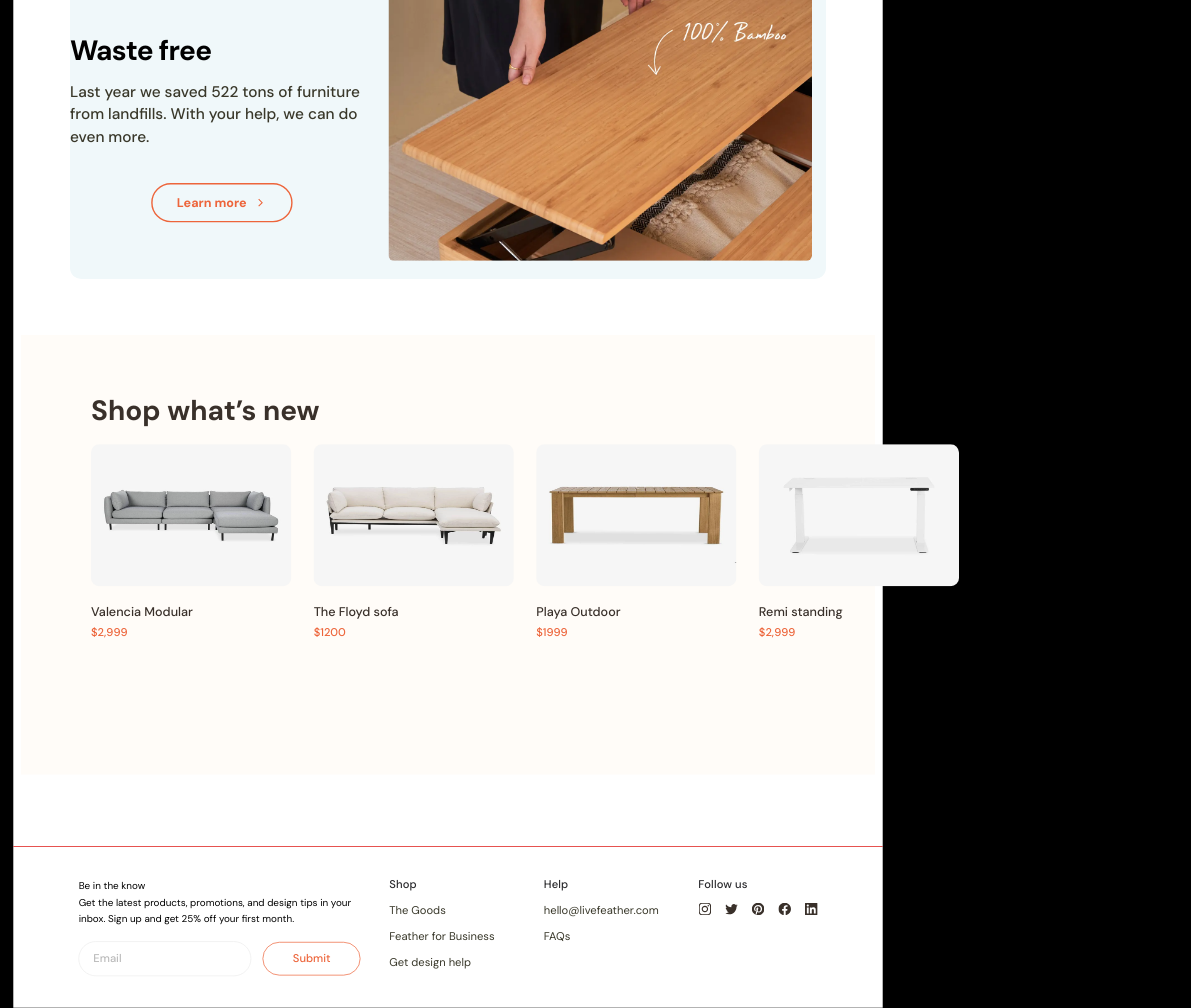
Repository: noman-source/Furniture-website
Page: index.html
These files come from the project's save history. The page is drawn as it stood at one moment and after the next save; the edit follows.
The browser window is 1280 px wide. The page is 1702 px wide, so the pictures cover 1702 px, including what lies to the right of the window. The pictures show the part of the page from y = 2871 to 4311 px (the page is 4311 px tall), at 70% of full size.

Above is the page before, as saved 2025-07-04 13:16:50.

### index.html
<!DOCTYPE html>
<html lang="en">

<head>
    <meta charset="UTF-8">
    <meta name="viewport" content="width=device-width, initial-scale=1.0">
    <title>Document</title>
    <link rel="stylesheet" href="style.css">
</head>

<body>
    <header>
        <div class="navbar">
            <div class="nav-left">
                <ul>
                    <li>Cards</li>
                    <li>About</li>
                    <li>App</li>
                </ul>
            </div>
            <div class="nav-center">
                <ul>
                    <li><img src="asserts/svg/navbar-logo.svg" alt=""></li>
                    <li>Halal_Lab</li>
                </ul>
            </div>
            <div class="nav-right"><button><img src="asserts/svg/search.svg" alt="">Check delivery area</button></div>
        </div>
    </header>
    <main>
        <div class="section1">
            <div class="section1-left">
                <div class="section1-text">
                    <h2>An innovative way to make furniture lighter</h2>
                    <h4>Discover hassle-free delivery, free assembly and the flexibility to rent, rent-to-own or buy.
                    </h4>
                    <div class="section1-butt"><button>
                            <p>Start shopping</p><img src="asserts/svg/arrow.svg" alt="">
                        </button></div>
                </div>
            </div>
            <div class="section1-right">
                <img src="asserts/image/img 1.jpg" alt="">
            </div>
        </div>
        <div class="section2">
            <ul>
                <li><img src="asserts/svg/checkmark-circle-01.svg" alt="">Fast, free delivery & assembly</li>
                <li><img src="asserts/svg/checkmark-circle-01.svg" alt="">Convenient rent or buy options</li>
                <li><img src="asserts/svg/checkmark-circle-01.svg" alt="">Low upfront costs for all rentals</li>
                <li><img src="asserts/svg/checkmark-circle-01.svg" alt="">Flexibility to buy out rental items later</li>
            </ul>
        </div>
        <div class="section3">
            <p>About our product</p>
            <div class="section3-content">
                <div class="box box1">
                    <div class="circle"><img src="asserts/svg/upload-03.svg" alt=""></div>
                    <p>We provide a high quality rental at an affordable price</p>
                </div>
                <div class="box box2">
                    <div class="circle"><img src="asserts/svg/drawing-mode.svg" alt=""></div>
                    <p>Feather has made furniture rentals
                        cool again.</p>
                </div>
                <div class="box box3">
                    <div class="circle"><img src="asserts/svg/cabinet-01.svg" alt=""></div>
                    <p>Ease the pain of moving from
                        apartment to apartment.</p>
                </div>

            </div>
        </div>
        <div class="section4">
            <p>Browse by room</p>
            <div class="section4-content">
                <div class="box box1"><img src="asserts/image/img 2.png" alt="">
                    <p>Office <img src="asserts/svg/Vector.svg" alt=""></p>
                </div>
                <div class="box box2"><img src="asserts/image/img 3.png" alt="">
                    <p>Bedroom <img src="asserts/svg/Vector.svg" alt=""></p>
                </div>
                <div class="box box3"><img src="asserts/image/img 4.png" alt="">
                    <p>Living room <img src="asserts/svg/Vector.svg" alt=""></p>
                </div>
                <div class="box box4"><img src="asserts/image/img 5.png" alt="">
                    <p>Dining room <img src="asserts/svg/Vector.svg" alt=""></p>
                </div>
            </div>
        </div>
        <div class="section5">
            <div class="section5-top">
                <div class="left">
                    <div class="text">
                        <h3>Hassle free</h3>
                        <p>High quality but affordable rental designs.</p>
                    </div>
                    <div class="button"><button>Learn more <img src="asserts/svg/arrow-down-01.svg" alt=""></button>
                    </div>
                </div>
                <div class="right"><img src="asserts/image/img 6.png" alt=""></div>
            </div>
            <div class="section5-middle">
                <div class="right"><img src="asserts/image/img 7.png" alt=""></div>
                <div class="left">
                    <div class="text">
                        <h3>Risk free</h3>
                        <p>Furniture three ways. Rent, rent-to-own, or buy. Your furniture is as flexible as you need it
                            to be.</p>
                    </div>
                    <div class="button"><button>Learn more <img src="asserts/svg/arrow-down-01.svg" alt=""></button>
                    </div>
                </div>
            </div>
            <div class="section5-end">
                <div class="left">
                    <div class="text">
                        <h3>Waste free</h3>
                        <p>Last year we saved 522 tons of furniture from landfills. With your help, we can do even more.
                        </p>
                    </div>
                    <div class="button"><button>Learn more <img src="asserts/svg/arrow-down-01.svg" alt=""></button>
                    </div>
                </div>
                <div class="right"><img src="asserts/image/img 8.png" alt=""></div>
            </div>
        </div>
        <div class="section6">
            <div class="section6-content">
                <h3>Shop what’s new</h3>
                <div class="boxes">
                    <div class="box">
                        <div class="box-top"><img src="asserts/image/img 9.png" alt=""></div>
                        <div class="box-bottom">
                            <h4>Valencia Modular </h4>
                            <p>$2,999</p>
                        </div>
                    </div>
                    <div class="box">
                        <div class="box-top"><img src="asserts/image/img 10.png" alt=""></div>
                        <div class="box-bottom">
                            <h4>The Floyd sofa</h4>
                            <p>$1200</p>
                        </div>
                    </div>
                    <div class="box">
                        <div class="box-top"><img src="asserts/image/img 11.png" alt=""></div>
                        <div class="box-bottom">
                            <h4>Playa Outdoor</h4>
                            <p>$1999</p>
                        </div>
                    </div>
                    <div class="box">
                        <div class="box-top"><img src="asserts/image/img 12.png" alt=""></div>
                        <div class="box-bottom">
                            <h4>Remi standing</h4>
                            <p>$2,999</p>
                        </div>
                    </div>
                </div>
            </div>
        </div>
    </main>

    <footer>
        <div class="boxes">
            <div class="box box1">
                <div class="box1-top">
                    <p>Be in the know<br>
                        Get the latest products, promotions, and design tips in your inbox. Sign up and get 25% off your
                        first month.</p>
                </div>
                <div class="box1-bottom"><input type="email"placeholder="Email"><button>Submit</button></div>
            </div>
            <div class="box box2"><ul>
                <li>Shop</li>
                <li>The Goods</li>
                <li>Feather for Business</li>
                <li>Get design help</li>
            </ul></div>
            <div class="box box3"><ul>
                <li>Help</li>
                <li>hello@livefeather.com</li>
                <li>FAQs</li>
            </ul></div>
            <div class="box box4"><ul>
                <li>Follow us</li>
                <li><img src="asserts/svg/Instagram.svg" alt=""><img src="asserts/svg/Twitter.svg" alt=""><img src="asserts/svg/pinterest.svg" alt=""><img src="asserts/svg/Facebook.svg" alt=""><img src="asserts/svg/linkdin.svg" alt=""></li>
            </ul></div>
        </div>
    </footer>

</body>

</html>

### style.css
@import url('https://fonts.googleapis.com/css2?family=DM+Sans:ital,opsz,wght@0,9..40,100..1000;1,9..40,100..1000&display=swap');
@import url('https://fonts.googleapis.com/css2?family=DM+Sans:ital,opsz,wght@0,9..40,100..1000;1,9..40,100..1000&display=swap');
@import url('https://fonts.googleapis.com/css2?family=DM+Sans:ital,opsz,wght@0,9..40,100..1000;1,9..40,100..1000&display=swap');

body {
    font-family: "DM Sans", sans-serif;
    background-color: black;
}

.website {
    background-color: white;
}

* {
    margin: 0;
    padding: 0;
}

header .navbar {
    width: 97%;
    margin: auto;
    height: 72px;
    display: flex;
    justify-content: space-around;
    align-items: center;
    background-color: rgb(246, 244, 244);
    gap: 13%;
    border-bottom: 1px solid #E4E4E4;
}

header .navbar .nav-left {
    font-size: 16px;
    font-weight: 500;
    line-height: 24px;
    letter-spacing: -1%;
}

header .navbar .nav-left ul {
    display: flex;
    justify-content: center;
    align-items: center;
    gap: 50px;
}

header .navbar .nav-left ul li {
    list-style-type: none;
}

header .navbar .nav-center ul {
    display: flex;
    justify-content: center;
    align-items: center;
    gap: 10px;
    font-family: "Ramabhadra", sans-serif;
}

header .navbar .nav-center ul li {
    list-style-type: none;
    font-size: 18px;
    font-weight: 400;
    display: flex;
    justify-content: center;
    align-items: center;
}

header .navbar .nav-right button {
    width: 130%;
    height: 40px;
    background-color: #FD653E;
    border-radius: 32px;
    border: none;
    transform: translateX(-50px);
    display: flex;
    justify-content: center;
    align-items: center;
    gap: 15px;
    font-size: 16px;
    font-weight: 700;
    color: white;
}

main .section1 {
    width: 97%;
    margin: auto;
    height: 588px;
    background-color: #FFF3EF;
    display: flex;
    justify-content: space-around;
    align-items: center;
}

main .section1 .section1-right {
    width: 50%;
    display: flex;
    justify-content: center;
    align-items: center;
}

main .section1 .section1-left {
    width: 50%;
}

main .section1 .section1-left .section1-text {
    width: 70%;
    margin: auto;
    height: 250px;
    display: flex;
    flex-direction: column;
    gap: 20px;
}

main .section1 .section1-left .section1-text h2 {
    font-size: 48px;
    font-weight: 700;
}

main .section1 .section1-left .section1-text p {
    font-size: 18px;
    font-weight: 400;
    color: #39382A;
}

main .section1 .section1-left .section1-text button {
    width: 235px;
    height: 56px;
    display: flex;
    justify-content: center;
    align-items: center;
    gap: 10px;
    border-radius: 32px;
    border: transparent;
    background-color: #ED653B;
}

main .section1 .section1-left .section1-text button p {
    color: white;
    font-size: 20px;
    font-weight: 700;
    font-family: "DM Sans", sans-serif;
}

main .section1 .section1-right img {
    width: 645px;
    border-radius: 12px;
}

.section2 {
    height: 74px;
    width: 97%;
    margin: auto;
    background-color: #ECF4E9;
}

.section2 ul {
    height: 74px;
    display: flex;
    justify-content: space-between;
    align-items: center;
}

.section2 ul li {
    font-family: "DM Sans", sans-serif;
    list-style-type: none;
    display: flex;
    justify-content: center;
    align-items: center;
    gap: 5px;
    font-size: 18px;
    font-weight: 400;
}

.section3 {
    width: 97%;
    margin: auto;
    height: 516px;
    background-color: white;
}

.section3>p {
    font-size: 40px;
    font-weight: 700;
    height: 170px;
    display: flex;
    color: #39302A;
    justify-content: center;
    align-items: center;
}

.section3-content {
    display: flex;
    justify-content: center;
    align-items: center;
    gap: 32px;
}

.section3-content .box {
    width: 392px;
    border-radius: 12px;
    height: 244px;
    display: flex;
    align-items: center;
    justify-content: center;
    flex-direction: column;
    gap: 50px;
    box-shadow: 12px 16px 50px 0px #9A9A9A1F;
}

.section3-content .box .circle {
    width: 50px;
    height: 50px;
    transform: translateY(30px);
    gap: 10px;
    border-radius: 99px;
    /* Corrected to 99px based on later image */
    padding: 16px;
    /* Corrected to 16px based on later image */
    background-color: #E3E3E373;
    /* Corrected to #E3E3E3 based on later image */
}

.section3-content .box p {
    width: 373px;
    margin: auto;
    display: flex;
    font-family: DM Sans;
    font-weight: 500;
    font-size: 22px;
    line-height: 32px;
    text-align: center;
    /* letter-spacing: 0%; */
    /* vertical-align: middle; */
}

.section4 {
    width: 97%;
    margin: auto;
    height: 551px;
    background-color: white;
}

.section4>p {
    font-weight: 700;
    font-size: 40px;
    line-height: 56px;
    letter-spacing: -0.96px;
    padding-top: 50px;
    padding-left: 100px;
    /* Added based on later image */
}

.section4 .section4-content {
    height: 287px;
    display: flex;
    justify-content: flex-start;
    padding-left: 100px;
    padding-top: 50px;
    gap: 32px;
}

.section4 .section4-content .box {
    height: 287px;
    display: flex;
    flex-direction: column;
    gap: 20px;
}

.section4 .section4-content .box img {
    height: 239px;
    width: 285px;
    border-radius: 12px;
}

.section4 .section4-content .box p {
    font-family: DM Sans;
    font-weight: 500;
    font-size: 22px;
    line-height: 32px;
    display: flex;
    gap: 16px;
    /* Corrected to 16px based on later image */
    justify-content: flex-start;
    align-items: center;
    /* Added based on later image */
    color: #39382A;
    /* Added based on later image */
}

.section5 {
    height: 1548px;
    background-color: white;
    width: 97%;
    margin: auto;
    display: flex;
    justify-content: center;
    align-items: center;
    flex-direction: column;
    gap: 40px;
}

.section5>.section5-top,
.section5-middle,
.section5-end {
    height: 436px;
    width: 87%;
    border-radius: 16px;
    /* border: 2px solid #E4E4E4; */
    /* margin: auto; */
}

.section5 .section5-top {
    background-color: #F0F8Fa;
    display: flex;
    justify-content: space-around;
    align-items: center;
}

.section5 .section5-middle {
    background-color: #FEF3EE;
    display: flex;
    justify-content: space-around;
    align-items: center;
}

.section5 .section5-end {
    background-color: #F0F8FA;
    display: flex;
    justify-content: space-around;
    align-items: center;
}

.section5 .right img {
    width: 605px;
    height: 388px;
    border-radius: 8px;
}

.section5 .left {
    width: 50%;
    display: flex;
    flex-direction: column;
    justify-content: center;
    align-items: center;
    gap: 50px;
}

.section5 .left .text {
    display: flex;
    flex-direction: column;
    gap: 16px;
}

.section5 .left .button {
    display: flex;
    justify-content: flex-start;
}

.section5 .left .text button {
    width: 400px;
}

.section5 .right {
    padding: 20px;
}

.section5 h3 {
    font-weight: 700;
    font-size: 40px;
    line-height: 56px;
    letter-spacing:-0.96px;
}

.section5 p {
    font-family: DM Sans;
    font-weight: 500;
    font-size: 22px;
    line-height: 32px;
    letter-spacing: 0%;
    /* Added based on later image */
    vertical-align: middle;
    /* Added based on later image */
    color: #39382A;
    /* Added based on later image */
}

.section5 .left button {
    width: 202px;
    height: 56px;
    gap: 10px;
    border-width: 1px;
    padding-top: 16px;
    padding-right: 32px;
    padding-bottom: 16px;
    padding-left: 32px;
    border-radius: 32px;
    background-color: transparent;
    border: 2px solid #ED653B;
    color: #ED653B;
    display: flex;
    justify-content: center;
    align-items: center;
    font-family: DM Sans;
    font-weight: 700;
    font-size: 18px;
}

.section6 {
    background-color: white;
    height: 730px;
    width: 97%;
    margin: auto;
}

.section6 img {
    width: 286px;
    height: 203px;
    border-radius: 12px;
}

.section6 .section6-content {
    height: 548px;
    background-color: #FFFCF8;
    width: 90.2%;
    margin: auto;
    padding-left: 100px;
    padding-top: 80px;
    display: flex;
    flex-direction: column;
    gap: 20px;
}

.section6-content .boxes {
    display: flex;
    gap: 32px;
}

.section6-content .boxes .box {
    display: flex;
    flex-direction: column;
    gap: 19px;
}

.section6 h3 {
    /* font-family: Circular Std; */
    font-weight: 700;
    font-size: 40px;
    line-height: 56px;
    letter-spacing: 0px;
    vertical-align: middle;
    color: #39302A;
}

.section6-content .box-bottom {
    display: flex;
    flex-direction: column;
    gap: 4px;
}

.section6-content .box-bottom h4 {
    font-family: DM Sans;
    font-weight: 500;
    font-size: 18px;
    line-height: 26px;
    letter-spacing: 0%;
    vertical-align: middle;
    color: #39302A;
}

.section6-content .box-bottom p {
    font-family: DM Sans;
    font-weight: 500;
    font-size: 16px;
    line-height: 24px;
    letter-spacing: -1%;
    vertical-align: middle;
    color: #ED653B;
}

footer {
    border-top: 1px solid #DC0805;
    width: 97%;
    background-color: white;
    height: 230px;
    margin: auto;
    display: flex;
    justify-content: center;
    align-items: center;
    /* transform: translateY(130px); */
}

footer .boxes {
    display: grid;
    grid-template-columns: 403px 180px 180px 170px;
    width: 85%;
    margin: auto;
    /* background-color: #39382A; */
    height: 144px;
    justify-content: space-between;
}

footer .boxes .box1 {
    display: flex;
    flex-direction: column;
    gap: 20px;
}

footer .boxes .box1-top {
    font-family: DM Sans;
    font-weight: 700;
    font-size: 34px;
}

footer .boxes .box1 .box1-top {
    font-weight: 400;
    font-size: 14.13px;
    line-height: 24px;
    letter-spacing: 0%;
    vertical-align: middle;
}

footer .boxes .box1 .box1-bottom {
    display: flex;
    gap: 16px;
    justify-content: center;
    align-items: center;
}

footer .boxes .box1 .box1-bottom input {
    width: 245px;
    height: 48px;
    border: 1px solid #EDEDED;
    border-radius: 32px;
    outline: none;
}

footer .boxes .box1 .box1-bottom input::placeholder {
    transform: translateX(20px);
    font-family: DM Sans;
    font-weight: 500;
    font-size: 16px;
    line-height: 24px;
    letter-spacing: 1%;
    vertical-align: middle;
    color: #BABABA;
}

footer .boxes .box1 .box1-bottom button {
    width: 140px;
    height: 48px;
    border-width: 1px;
    border-radius: 48px;
    border: 1px solid #ED653B;
    background-color: transparent;
    font-family: DM Sans;
    font-weight: 500;
    font-size: 16px;
    line-height: 24px;
    letter-spacing: 1%;
    vertical-align: middle;
    color: #ED653B;
}

footer .boxes ul li:first-child {
    font-weight: 500;
    font-size: 16px;
    letter-spacing: 0.16px;
    color: #2A2A2D;
}

footer .boxes ul {
    display: flex;
    flex-direction: column;
    gap: 16px;
}

footer .boxes ul li {
    list-style-type: none;
    font-family: DM Sans;
    font-weight: 400;
    /* Added based on latest image */
    font-size: 16px;
    /* Added based on latest image */
    color: #39382A;
    /* Added based on latest image */
}

footer .boxes .box4 li:last-of-type {
    display: flex;
    justify-content: space-between;
    align-items: center;
}

After the next save:
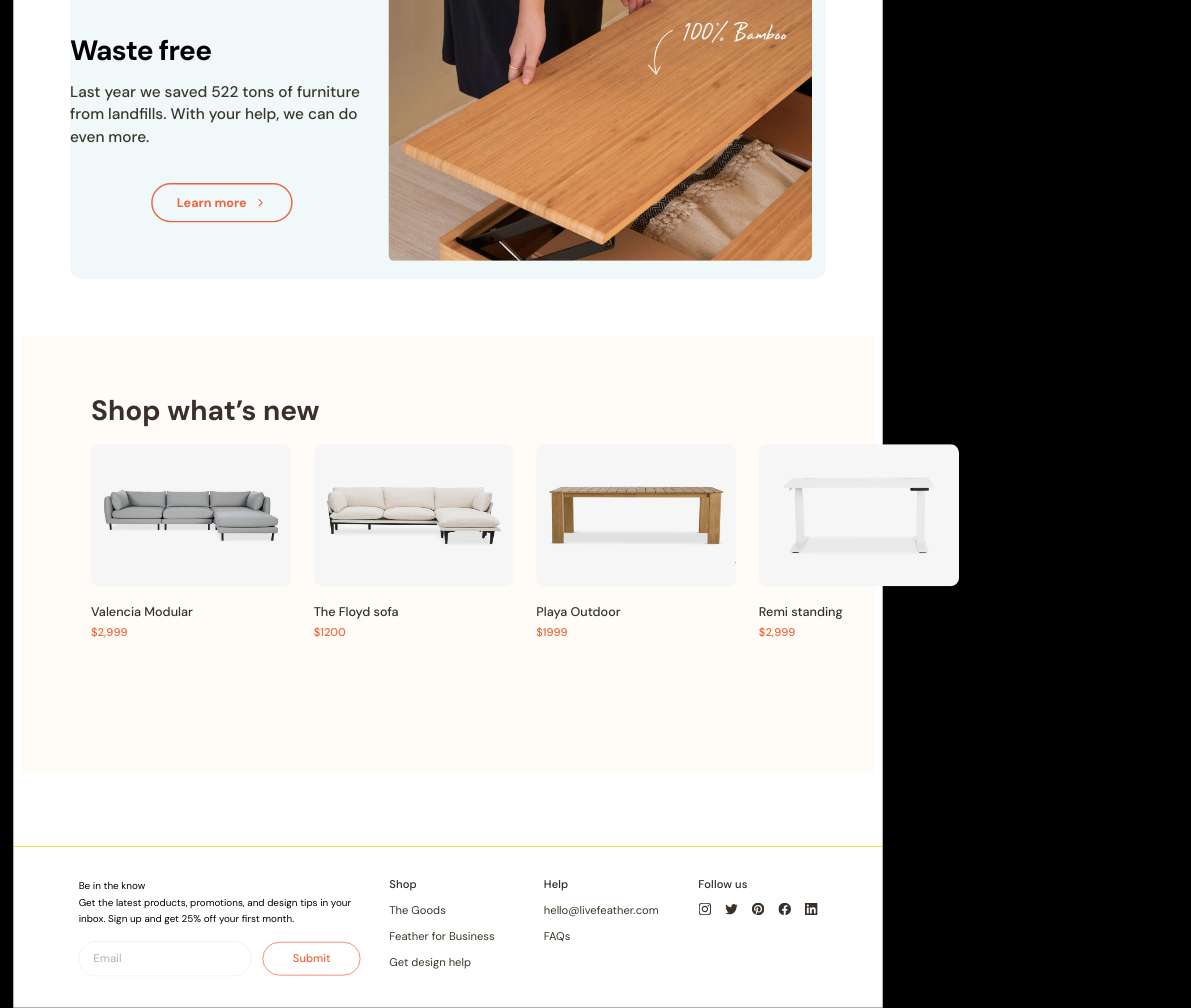
Saved 29 s later.
--- a/style.css
+++ b/style.css
@@ -476,7 +476,7 @@
 }
 
 footer {
-    border-top: 1px solid #DC0805;
+    border-top: 1px solid #DCD805;
     width: 97%;
     background-color: white;
     height: 230px;
